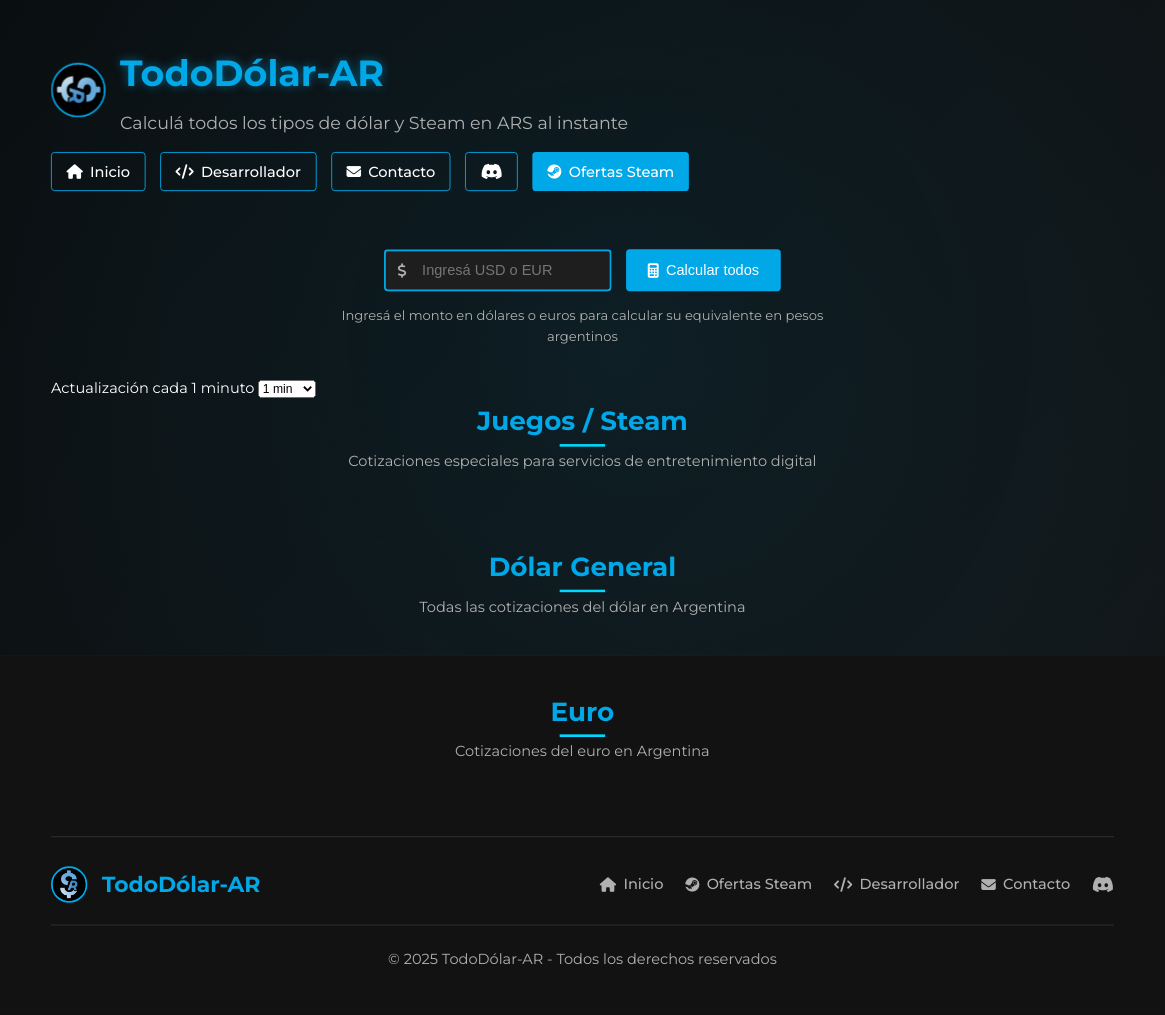
Repository: FabriDevelope/todod-lar-ar
Page: inicio/index.html
An editor plug-in stored every save of this project. The page is shown before and after the next save, followed by the edit.
The browser window is 1280 px wide. The pictures show the whole page, at 91% of full size.
The page's requests for data from a server got no answer.

Above is the page before, as saved 2025-09-06 22:48:38.

### inicio/index.html
<!DOCTYPE html>
<html lang="es">
<head>
    <meta charset="UTF-8">
    <meta name="viewport" content="width=device-width, initial-scale=1.0">
    <title>TodoDólar-AR - Calculá todos los tipos de dólar y Steam en ARS al instante</title>
    <link rel="stylesheet" href="../css/style.css">
    <link rel="icon" type="image/png" href="favicon.png">
    <link href="https://fonts.googleapis.com/css2?family=Montserrat:wght@400;500;700&display=swap" rel="stylesheet">
    <link rel="stylesheet" href="https://cdnjs.cloudflare.com/ajax/libs/font-awesome/6.4.0/css/all.min.css">
</head>
<body>
    <!-- Fondo animado -->
    <div class="animated-bg"></div>

    <div class="container">
        <!-- Header -->
        <header class="header">
            <div class="header-content">
                <div class="header-logo">
                    <img src="../logo/logo.png" alt="TodoDólar-AR Logo" class="logo-img">
                    <div>
                        <h1 class="header-title">TodoDólar-AR</h1>
                        <p class="header-subtitle">Calculá todos los tipos de dólar y Steam en ARS al instante</p>
                    </div>
                </div>
                <div class="header-links">
                    <a href="index.html" class="dev-link">
                        <i class="fas fa-home"></i> Inicio
                    </a>
                    <a href="../desarrollador/index.html" target="_blank" class="dev-link">
                        <i class="fas fa-code"></i> Desarrollador
                    </a>
                    <a href="../contacto/index.html" class="dev-link">
                        <i class="fas fa-envelope"></i> Contacto
                    </a>
                    <a href="../discord-invite/index.html" target="_blank" class="dev-link discord-link">
                        <i class="fab fa-discord"></i>
                    </a>
                    <a href="../ofertas-steam/index.html" target="_blank" class="steam-btn">
                        <i class="fab fa-steam"></i> Ofertas Steam
                    </a>
                </div>
            </div>
        </header>

        <!-- Input de cálculo -->
        <section class="calculation-section">
            <div class="input-container">
                <div class="input-group">
                    <i class="fas fa-dollar-sign input-icon"></i>
                    <input type="number" id="currency-input" placeholder="Ingresá USD o EUR" step="0.01" min="0">
                </div>
                <button id="calculate-all-btn" class="calculate-btn">
                    <i class="fas fa-calculator"></i> Calcular todos
                </button>
            </div>
            <p class="input-description">Ingresá el monto en dólares o euros para calcular su equivalente en pesos argentinos</p>
        </section>

         <div id="update-container">
            <span id="update-text">Actualización cada 1 minuto</span>
            <select id="update-interval-select">
                <option value="60000">1 min</option>
                <option value="300000">5 min</option>
                <option value="900000">15 min</option>
                <option value="3600000">1 hora</option>
            </select>
        </div>
        <div id="update-bar-container">
            <div id="update-bar"></div>
        </div>




        <!-- Tarjetas de Juegos/Steam -->
        <section class="card-section">
            <div class="section-header">
                <h2 class="section-title">Juegos / Steam</h2>
                <p class="section-description">Cotizaciones especiales para servicios de entretenimiento digital</p>
            </div>
            <div class="cards-grid" id="steam-cards">
                <!-- Las tarjetas se generarán con JavaScript -->
            </div>
        </section>

        <!-- Tarjetas de Dólar General -->
        <section class="card-section">
            <div class="section-header">
                <h2 class="section-title">Dólar General</h2>
                <p class="section-description">Todas las cotizaciones del dólar en Argentina</p>
            </div>
            <div class="cards-grid" id="general-cards">
                <!-- Las tarjetas se generarán con JavaScript -->
            </div>
        </section>

        <!-- Tarjetas de Euro -->
        <section class="card-section">
            <div class="section-header">
                <h2 class="section-title">Euro</h2>
                <p class="section-description">Cotizaciones del euro en Argentina</p>
            </div>
            <div class="cards-grid" id="euro-cards">
                <!-- Las tarjetas se generarán con JavaScript -->
            </div>
        </section>

        <!-- Footer -->
        <footer class="footer">
            <div class="footer-content">
                <div class="footer-logo">
                    <img src="../logo/logo.png" alt="TodoDólar-AR Logo" class="footer-logo-img">
                    <span class="footer-title">TodoDólar-AR</span>
                </div>
                <div class="footer-links">
                    <a href="index.html" class="footer-link">
                        <i class="fas fa-home"></i> Inicio
                    </a>
                    <a href="../ofertas-steam/index.html" target="_blank" class="footer-link">
                        <i class="fab fa-steam"></i> Ofertas Steam
                    </a>
                    <a href="../desarrollador/index.html" target="_blank" class="footer-link">
                        <i class="fas fa-code"></i> Desarrollador
                    </a>
                    <a href="../contacto/index.html" class="footer-link">
                        <i class="fas fa-envelope"></i> Contacto
                    </a>
                    <a href="../discord-invite/index.html" target="_blank" class="footer-link discord-link">
                        <i class="fab fa-discord"></i>
                    </a>
                </div>
            </div>
            <div class="footer-bottom">
                <p>&copy; 2025 TodoDólar-AR - Todos los derechos reservados</p>
            </div>
        </footer>
    </div>

    <!-- Modal para cálculo específico -->
    <div id="calc-modal" class="modal">
        <div class="modal-content">
            <div class="modal-header">
                <h3 class="modal-title" id="modal-title">Calculadora de Moneda</h3>
                <button class="modal-close-btn" id="modal-close-btn">
                    <i class="fas fa-times"></i>
                </button>
            </div>
            <div class="modal-body">
                <div class="calc-section">
                    <h4>ARS a <span id="currency-name">Moneda</span></h4>
                    <div class="calc-input-group">
                        <input type="number" id="ars-input" placeholder="Ingresá ARS" step="0.01" min="0">
                        <button class="calc-btn" id="ars-to-currency-btn">Calcular</button>
                    </div>
                    <div class="calc-result" id="ars-to-currency-result">
                        <span class="result-label">Resultado:</span>
                        <span class="result-value">0.00</span>
                    </div>
                </div>
                <div class="calc-section">
                    <h4><span id="currency-name-2">Moneda</span> a ARS</h4>
                    <div class="calc-input-group">
                        <input type="number" id="currency-input-modal" placeholder="Ingresá monto" step="0.01" min="0">
                        <button class="calc-btn" id="currency-to-ars-btn">Calcular</button>
                    </div>
                    <div class="calc-result" id="currency-to-ars-result">
                        <span class="result-label">Resultado:</span>
                        <span class="result-value">$0.00</span>
                    </div>
                </div>
            </div>
            <div class="modal-footer">
                <button class="modal-close-footer-btn" id="modal-close-footer-btn">Cerrar</button>
            </div>
        </div>
    </div>

    <script src="../js/script.js"></script>
</body>
</html>

### js/script.js
document.addEventListener('DOMContentLoaded', function() {
    const currencyData = {
        steam: [
            { name: 'Dólar Steam', buy: 1669.80, sell: null, spread: null, change: 0.36, icon: 'fa-gamepad' },
            { name: 'Dólar Netflix', buy: 2083.80, sell: null, spread: null, change: 0.36, icon: 'fa-tv' }
        ],
        general: [], // Dólares API
        euro: []     // Otras monedas API
    };

    // 🔹 Renombrar según tipo/pais
    function renameCurrency(d) {
        if(d.casa) {
            const name = d.casa.toLowerCase();
            if(name.includes('blue')) return 'Dólar Blue';
            if(name.includes('tarjeta')) return 'Dólar Tarjeta';
            if(name.includes('mep')) return 'Dólar MEP';
            if(name.includes('ccl')) return 'Dólar CCL';
            if(name.includes('cripto')) return 'Dólar Cripto';
            if(name.includes('mayorista')) return 'Dólar Mayorista';
            if(name.includes('futuro')) return 'Dólar Futuro';
            if(name.includes('oficial')) return d.casa;
            if(name.includes('euro')) return d.casa;
            return d.casa.charAt(0).toUpperCase() + d.casa.slice(1);
        }
        return 'Moneda';
    }

    // 🔹 Crear todas las cards
    function createCards() {
        const steamContainer = document.getElementById('steam-cards');
        const generalContainer = document.getElementById('general-cards');
        const euroContainer = document.getElementById('euro-cards');

        steamContainer.innerHTML = '';
        generalContainer.innerHTML = '';
        euroContainer.innerHTML = '';

        currencyData.steam.forEach(c => steamContainer.appendChild(createCard(c, 'steam')));
        currencyData.general.forEach(c => generalContainer.appendChild(createCard(c, 'general')));
        currencyData.euro.forEach(c => euroContainer.appendChild(createCard(c, 'euro')));
    }

    // 🔹 Crear card individual
    function createCard(currency, type) {
        const card = document.createElement('div');
        card.className = 'card';
        let titleColor = type === 'steam' ? 'var(--accent-color)' : type === 'euro' ? '#2ecc71' : 'var(--primary-color)';

        let cardHTML = `<h3 class="card-title" style="color:${titleColor}"><i class="fas ${currency.icon}"></i> ${currency.name}</h3><div class="card-values">`;

        if(currency.buy !== null) cardHTML += `<div class="card-value"><span>Compra:</span><span class="buy-value">$${currency.buy.toFixed(2).replace(/\B(?=(\d{3})+(?!\d))/g,',')}</span></div>`;
        if(currency.sell !== null) cardHTML += `<div class="card-value"><span>Venta:</span><span class="sell-value">$${currency.sell.toFixed(2).replace(/\B(?=(\d{3})+(?!\d))/g,',')}</span></div>`;
        if(currency.spread !== null) cardHTML += `<div class="card-spread"><span>Spread:</span><span>$${currency.spread.toFixed(2).replace(/\B(?=(\d{3})+(?!\d))/g,',')}</span></div>`;
        if(currency.change !== null){
            const changeClass = currency.change>=0?'positive':'negative';
            const changeSymbol = currency.change>=0?'+':'';
            cardHTML += `<div class="card-change"><span>Cambio:</span><span class="${changeClass}">${changeSymbol}${currency.change.toFixed(2)}%</span></div>`;
        }

        cardHTML += `</div><button class="card-btn" data-currency="${encodeURIComponent(JSON.stringify(currency))}"><i class="fas fa-calculator"></i> Calcular</button>`;
        card.innerHTML = cardHTML;

        const btn = card.querySelector('.card-btn');
        btn.addEventListener('click', () => openCalcModal(currency));

        return card;
    }

    // 🔹 Modal de calculadora
    function openCalcModal(currency){
        const modal = document.getElementById('calc-modal');
        const modalTitle = document.getElementById('modal-title');
        const currencyName = document.getElementById('currency-name');
        const currencyName2 = document.getElementById('currency-name-2');
        modalTitle.textContent = `Calculadora de ${currency.name}`;
        currencyName.textContent = currency.name;
        currencyName2.textContent = currency.name;

        const arsInput = document.getElementById('ars-input');
        const currencyInputModal = document.getElementById('currency-input-modal');
        const arsToCurrencyResult = document.getElementById('ars-to-currency-result').querySelector('.result-value');
        const currencyToArsResult = document.getElementById('currency-to-ars-result').querySelector('.result-value');

        const arsToCurrencyBtn = document.getElementById('ars-to-currency-btn');
        const currencyToArsBtn = document.getElementById('currency-to-ars-btn');

        arsToCurrencyResult.textContent = '0.00';
        currencyToArsResult.textContent = '$0.00';
        arsInput.value = '';
        currencyInputModal.value = '';

        arsToCurrencyBtn.onclick = () => {
            const arsValue = parseFloat(arsInput.value)||0;
            const result = arsValue / currency.buy;
            arsToCurrencyResult.textContent = result.toFixed(2);
        };

        currencyToArsBtn.onclick = () => {
            const val = parseFloat(currencyInputModal.value)||0;
            const result = val*currency.buy;
            currencyToArsResult.textContent = `$${result.toFixed(2).replace(/\B(?=(\d{3})+(?!\d))/g,',')}`;
        };

        modal.style.display = 'block';
    }

    // 🔹 Cerrar modal
    document.getElementById('modal-close-btn').addEventListener('click', ()=> document.getElementById('calc-modal').style.display='none');
    document.getElementById('modal-close-footer-btn').addEventListener('click', ()=> document.getElementById('calc-modal').style.display='none');
    window.addEventListener('click', e=>{if(e.target===document.getElementById('calc-modal')) document.getElementById('calc-modal').style.display='none';});

    // 🔹 Animación de valores
    function animateValue(element,start,end,duration){
        if(start===end) return;
        const range=end-start;
        const increment=range/(duration/16);
        let current=start;
        const timer=setInterval(()=>{
            current+=increment;
            if((increment>0 && current>=end)||(increment<0 && current<=end)){
                element.textContent=`$${end.toFixed(2).replace(/\B(?=(\d{3})+(?!\d))/g,',')}`;
                clearInterval(timer);
            }else{
                element.textContent=`$${current.toFixed(2).replace(/\B(?=(\d{3})+(?!\d))/g,',')}`;
            }
        },16);
    }

    // 🔹 Calcular todos (input global)
    document.getElementById('calculate-all-btn').addEventListener('click', ()=>{
        const inputValue = parseFloat(document.getElementById('currency-input').value)||1;
        document.querySelectorAll('.card').forEach(card=>{
            const currency = JSON.parse(decodeURIComponent(card.querySelector('.card-btn').getAttribute('data-currency')));
            const buyEl = card.querySelector('.buy-value');
            const sellEl = card.querySelector('.sell-value');
            if(buyEl) animateValue(buyEl, parseFloat(buyEl.textContent.replace('$','').replace(/,/g,'')), currency.buy*inputValue, 500);
            if(sellEl && currency.sell) animateValue(sellEl, parseFloat(sellEl.textContent.replace('$','').replace(/,/g,'')), currency.sell*inputValue, 500);
        });
    });
    document.getElementById('currency-input').addEventListener('keypress', e=>{if(e.key==='Enter') document.getElementById('calculate-all-btn').click();});

    // 🔹 Intervalo de actualización y barra
    let updateInterval = 60000; // 1 min
    const bar = document.getElementById('update-bar');
    const updateText = document.getElementById('update-text');
    const intervalSelect = document.getElementById('update-interval-select');
    let updateTimer, barTimer;

    function startUpdateBar() {
        if(barTimer) clearInterval(barTimer);
        let progress = 0;
        const stepTime = 100;
        const stepWidth = 100 / (updateInterval / stepTime);
        bar.style.width = '0%';
        barTimer = setInterval(() => {
            progress += stepWidth;
            if(progress >= 100) progress = 100;
            bar.style.width = `${progress}%`;
        }, stepTime);
    }

    // 🔹 Fetch API y actualizar cards
    async function fetchCurrencyData(){
        try{
            const resDollar = await fetch('https://dolarapi.com/v1/dolares');
            const dolarData = await resDollar.json();
            currencyData.general = dolarData.map(d=>{
                return {
                    name: renameCurrency(d),
                    buy: parseFloat(d.compra),
                    sell: parseFloat(d.venta),
                    spread: d.venta?parseFloat(d.venta)-parseFloat(d.compra):null,
                    change:null,
                    icon: d.casa.toLowerCase().includes('blue')?'fa-dollar-sign':'fa-landmark'
                };
            });

            const resOther = await fetch('https://dolarapi.com/v1/cotizaciones');
            const otherData = await resOther.json();
            currencyData.euro = otherData.map(d=>{
                return {
                    name: `${d.casa} (${d.moneda})`,
                    buy: parseFloat(d.compra),
                    sell: parseFloat(d.venta),
                    spread: d.venta?parseFloat(d.venta)-parseFloat(d.compra):null,
                    change:null,
                    icon: d.casa.toLowerCase().includes('euro')?'fa-euro-sign':'fa-money-bill'
                };
            });

            createCards();
            startUpdateBar();
        }catch(e){console.error('Error API:',e);}
    }

    // 🔹 Cambiar intervalo dinámicamente
    intervalSelect.addEventListener('change', ()=>{
        const newInterval = parseInt(intervalSelect.value);
        updateInterval = newInterval;
        const minutes = Math.floor(updateInterval / 60000) || 1;
        updateText.textContent = `Actualización cada ${minutes} minuto${minutes>1?'s':''}`;
        if(updateTimer) clearInterval(updateTimer);
        updateTimer = setInterval(fetchCurrencyData, updateInterval);
        startUpdateBar();
    });

    // Inicialización
    updateText.textContent = 'Actualización cada 1 minuto';
    fetchCurrencyData();
    updateTimer = setInterval(fetchCurrencyData, updateInterval);
});

Loaded but not shown: css/style.css (829 lines, source omitted)

After the next save:
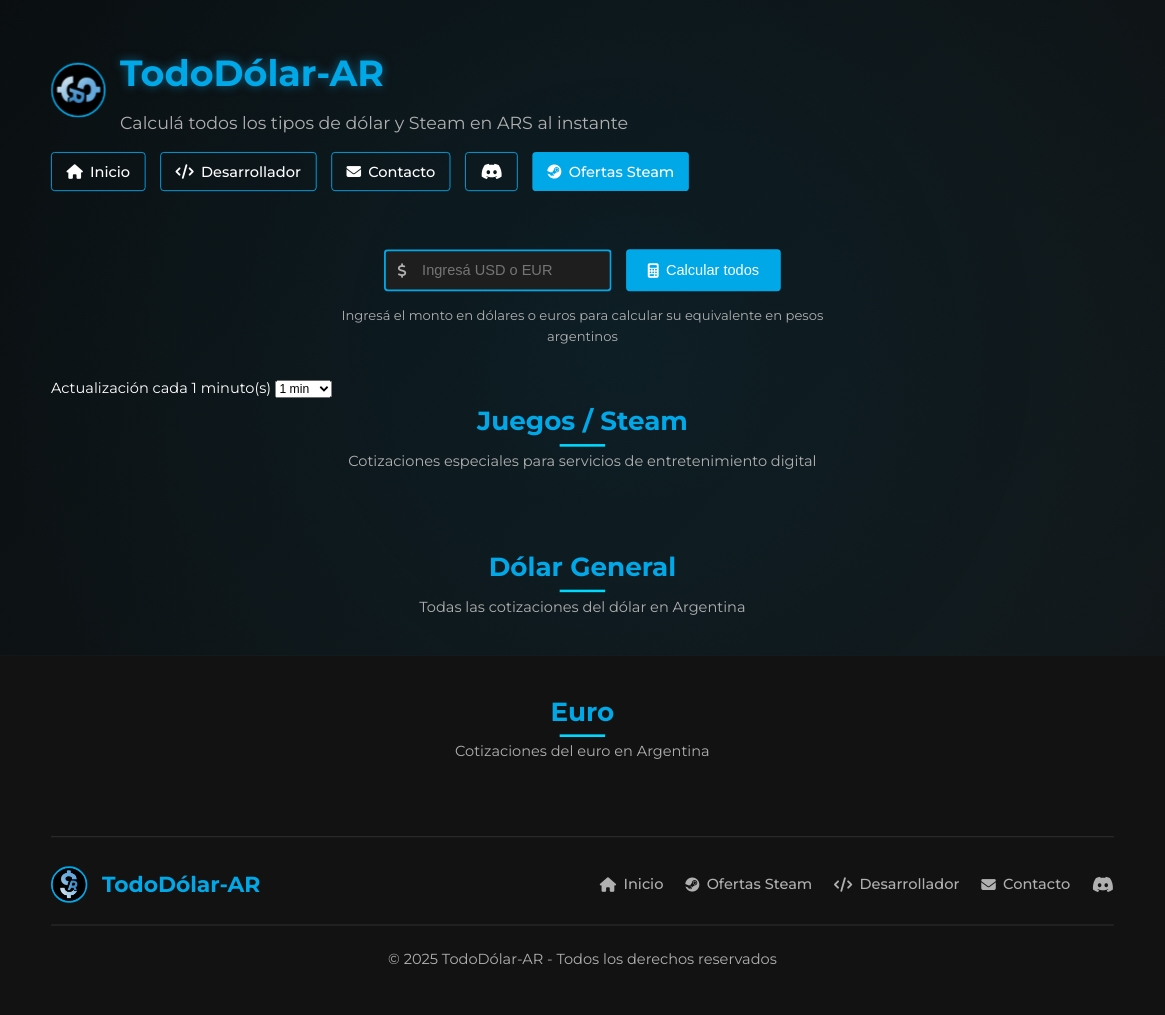
Saved 12 min 36 s later.
--- a/js/script.js
+++ b/js/script.js
@@ -4,9 +4,14 @@
             { name: 'Dólar Steam', buy: 1669.80, sell: null, spread: null, change: 0.36, icon: 'fa-gamepad' },
             { name: 'Dólar Netflix', buy: 2083.80, sell: null, spread: null, change: 0.36, icon: 'fa-tv' }
         ],
-        general: [], // Dólares API
-        euro: []     // Otras monedas API
+        general: [],
+        euro: []
     };
+
+    let updateInterval = 60000; // default 1 minuto
+    let updateTimer;
+    let progress = 0;
+    let progressBarTimer;
 
     // 🔹 Renombrar según tipo/pais
     function renameCurrency(d) {
@@ -105,7 +110,6 @@
         modal.style.display = 'block';
     }
 
-    // 🔹 Cerrar modal
     document.getElementById('modal-close-btn').addEventListener('click', ()=> document.getElementById('calc-modal').style.display='none');
     document.getElementById('modal-close-footer-btn').addEventListener('click', ()=> document.getElementById('calc-modal').style.display='none');
     window.addEventListener('click', e=>{if(e.target===document.getElementById('calc-modal')) document.getElementById('calc-modal').style.display='none';});
@@ -127,7 +131,7 @@
         },16);
     }
 
-    // 🔹 Calcular todos (input global)
+    // 🔹 Calcular todos
     document.getElementById('calculate-all-btn').addEventListener('click', ()=>{
         const inputValue = parseFloat(document.getElementById('currency-input').value)||1;
         document.querySelectorAll('.card').forEach(card=>{
@@ -138,29 +142,12 @@
             if(sellEl && currency.sell) animateValue(sellEl, parseFloat(sellEl.textContent.replace('$','').replace(/,/g,'')), currency.sell*inputValue, 500);
         });
     });
-    document.getElementById('currency-input').addEventListener('keypress', e=>{if(e.key==='Enter') document.getElementById('calculate-all-btn').click();});
-
-    // 🔹 Intervalo de actualización y barra
-    let updateInterval = 60000; // 1 min
-    const bar = document.getElementById('update-bar');
-    const updateText = document.getElementById('update-text');
-    const intervalSelect = document.getElementById('update-interval-select');
-    let updateTimer, barTimer;
-
-    function startUpdateBar() {
-        if(barTimer) clearInterval(barTimer);
-        let progress = 0;
-        const stepTime = 100;
-        const stepWidth = 100 / (updateInterval / stepTime);
-        bar.style.width = '0%';
-        barTimer = setInterval(() => {
-            progress += stepWidth;
-            if(progress >= 100) progress = 100;
-            bar.style.width = `${progress}%`;
-        }, stepTime);
-    }
-
-    // 🔹 Fetch API y actualizar cards
+
+    document.getElementById('currency-input').addEventListener('keypress', e=>{
+        if(e.key==='Enter') document.getElementById('calculate-all-btn').click();
+    });
+
+    // 🔹 Fetch API y actualizar
     async function fetchCurrencyData(){
         try{
             const resDollar = await fetch('https://dolarapi.com/v1/dolares');
@@ -190,23 +177,40 @@
             });
 
             createCards();
-            startUpdateBar();
+            resetProgressBar();
         }catch(e){console.error('Error API:',e);}
     }
 
-    // 🔹 Cambiar intervalo dinámicamente
-    intervalSelect.addEventListener('change', ()=>{
-        const newInterval = parseInt(intervalSelect.value);
-        updateInterval = newInterval;
-        const minutes = Math.floor(updateInterval / 60000) || 1;
-        updateText.textContent = `Actualización cada ${minutes} minuto${minutes>1?'s':''}`;
-        if(updateTimer) clearInterval(updateTimer);
+    // 🔹 Barra de actualización
+    const updateBar = document.getElementById('update-bar');
+    const updateText = document.getElementById('update-text');
+
+    function startProgressBar(){
+        clearInterval(progressBarTimer);
+        progress = 0;
+        const step = 100 / (updateInterval / 100);
+        progressBarTimer = setInterval(()=>{
+            progress += step;
+            if(progress>=100) progress=100;
+            updateBar.style.width = progress+'%';
+        },100);
+    }
+
+    function resetProgressBar(){
+        startProgressBar();
+    }
+
+    // 🔹 Selector de intervalo
+    const selectInterval = document.getElementById('update-interval-select');
+    selectInterval.addEventListener('change', ()=>{
+        updateInterval = parseInt(selectInterval.value);
+        updateText.textContent = `Actualización cada ${Math.floor(updateInterval/60000)} minuto(s)`;
+        clearInterval(updateTimer);
+        fetchCurrencyData();
         updateTimer = setInterval(fetchCurrencyData, updateInterval);
-        startUpdateBar();
     });
 
-    // Inicialización
-    updateText.textContent = 'Actualización cada 1 minuto';
+    updateText.textContent = `Actualización cada ${Math.floor(updateInterval/60000)} minuto(s)`;
     fetchCurrencyData();
     updateTimer = setInterval(fetchCurrencyData, updateInterval);
 });
